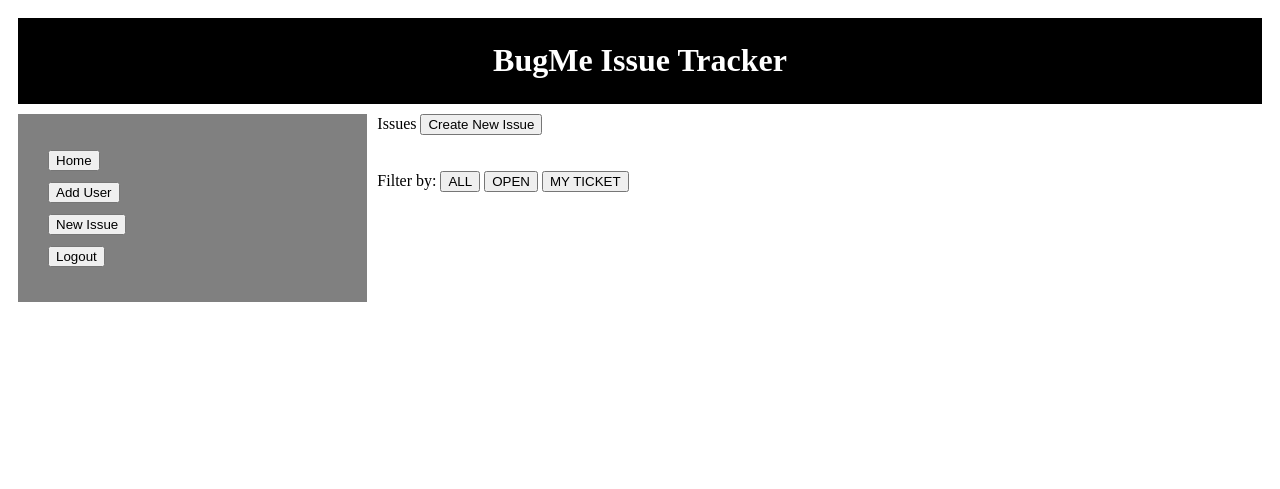
Repository: ranaldo89/info-2180-final-project
Page: index.html
The author's editor kept a record of every edit. The page is drawn from the files as they stood at one moment, then again after the next edit.
The browser window is 1280 px wide. The pictures show the whole page.

Above is the page before.

After the next edit:
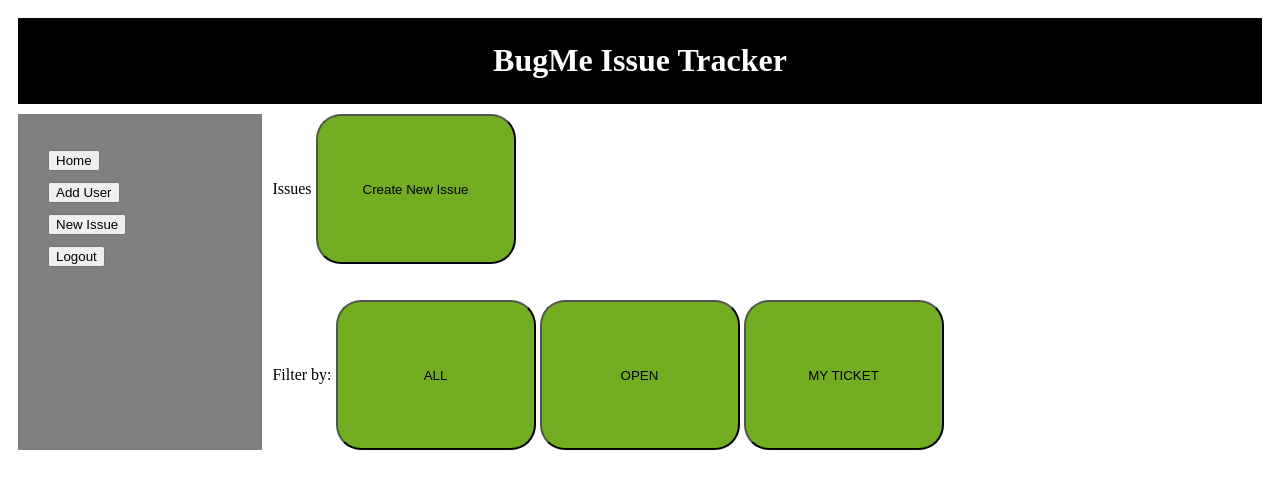
The edit:
--- a/style.css
+++ b/style.css
@@ -68,3 +68,11 @@ th {
   background-color: white;
   color: black;
 }
+
+input[type="submit"]{
+  border-radius: 25px;
+  background: #73AD21;
+  padding: 20px;
+  width: 200px;
+  height: 150px;
+}
